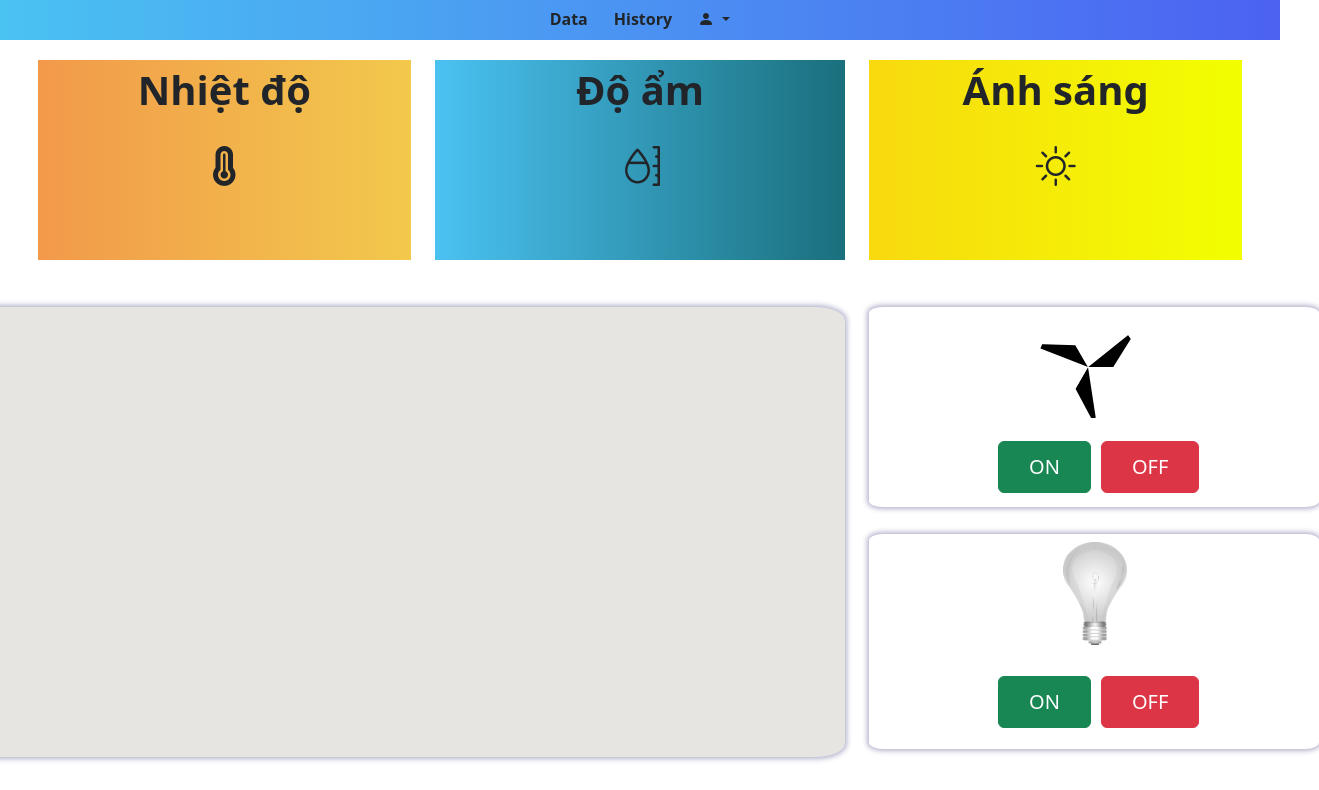
Repository: ndmq03102002/BTL_IOT
Page: Fontend_IOT/iot/index.html
These files come from the project's save history. The page is drawn as it stood at one moment and after the next save; the edit follows.
The browser window is 1280 px wide. The page is 1319 px wide, so the pictures cover 1319 px, including what lies to the right of the window. The pictures show the whole page.
The page's requests for data from a server got no answer. Some web libraries are served in a nearby version.

Above is the page before, as saved 2023-11-01 07:33:42.

### Fontend_IOT/iot/index.html
<!DOCTYPE html>
<html lang="en">
<head>
    <meta charset="UTF-8">
    <meta name="viewport" content="width=device-width, initial-scale=1.0">
    <title>Document</title>
    <link rel="stylesheet" href="style.css">
    <link rel="stylesheet" href="bootstrap/css/bootstrap.css">
    <script src="https://cdnjs.cloudflare.com/ajax/libs/Chart.js/2.9.4/Chart.js"></script>
    <script src="https://kit.fontawesome.com/1be2f108e2.js" crossorigin="anonymous"></script>
    <link rel="stylesheet" href="https://cdn.jsdelivr.net/npm/bootstrap-icons@1.10.5/font/bootstrap-icons.css">
    <link rel="stylesheet" href="https://cdnjs.cloudflare.com/ajax/libs/font-awesome/6.0.0/css/all.min.css" integrity="sha512-9usAa10IRO0HhonpyAIVpjrylPvoDwiPUiKdWk5t3PyolY1cOd4DSE0Ga+ri4AuTroPR5aQvXU9xC6qOPnzFeg==" crossorigin="anonymous" referrerpolicy="no-referrer" />
</head>
<header style="width: 100%; height: 40px; margin :auto;background: linear-gradient(to right, #4ac2f2, #4c62f2)">
    <div class="col-sm-12 data">
        <a href="data.html" class="btn" style="font-weight: bold;">Data</a>
        <a href="history.html" class="btn" style="font-weight: bold;">History</a>
        <div class="btn-group" >
            <a class="btn btn-white dropdown-toggle"  href="#" role="button" data-bs-toggle="dropdown" aria-expanded="false">
                <i class="bi bi-person-fill"></i>
            </a>
            <ul class="dropdown-menu">
                <li><a href="javascript:" class="dropdown-item"><i class="bi bi-person"></i> MSV: B20DCCN567</a></li>
                <li><a href="javascript:" class="dropdown-item"><i class="bi bi-phone"></i> Phone: 0961264306</a></li>
                <li><a href="message.html" class="dropdown-item"><i class="bi bi-envelope"></i> Email: Nguyendinhmanhquynh@gmail.com</a></li>
            </ul>
          </div>
    </div>
</header>
<body>
     <div  style="background-color:white;height:700px; margin-bottom: 50px;">
        <div class="row">
            <div  class="col-sm-4 col-pd"style="padding-left: 50px;" >
                <div class="block1 block-size">
                        <p >Nhiệt độ</p>
                        <p style="display: inline; " class="count1"></p>
                        <span><i class='fa-solid fa-temperature-full'></i></span>
                </div>
            </div>
            <div class="col-sm-4 col-pd">
                <div class="block2 block-size">
                    <p> Độ ẩm</p>
                    <p style="display: inline;" class="count2"></p>
                    <span> <i class="bi bi-moisture"></i></span>
                </div>
            </div>
            <div class="col-sm-4 col-pd" style="padding-right: 50px;">
                <div class="block3 block-size">
                    <p>Ánh sáng</p>
                    <p style="display: inline;" class="count3"></p>
                    <span> <i class="bi bi-brightness-high"></i></span>
                </div>
            </div>
            <div class="col-sm-8" >
                <div class="block" style="height: 450px;width: 970px; float:right;">
                    <canvas id="myChart" style="border-radius: 3%; width:100%;height: 100%;background-color: rgb(231, 229, 226);"></canvas>
                </div>
            </div>
            <div class="col-sm-4 ">
                <div class="block" style=" background-color: white; height: 200px; width: 450px; float: left; display: flex; justify-content: center; align-items: center;">
                    <div class="fan">
                        <div class="blade blade-1"></div>
                        <div class="blade blade-2"></div>
                        <div class="blade blade-3"></div>
                        <div class="stand"></div>
                    </div>
                    <div class="button" style="margin-top:120px; margin-right: 120px;">
                        <button class="btn btn-success onLed1 " style="--bs-btn-padding-y: 10px; --bs-btn-padding-x: 30px; --bs-btn-font-size: 20px; ">ON</button>
                         <button class="btn btn-danger offLed1"  style="--bs-btn-padding-y: 10px; --bs-btn-padding-x: 30px; --bs-btn-font-size: 20px;">OFF</button>
                    </div>
                </div>
                <div class="block" style="background-color: white; margin-bottom: 20px; height: 215px; width: 450px; float: left; display: flex; justify-content: center; align-items: center;">
                    <div class="light" >
                        <img src="image/light_off.png" class="img1"/>
                    </div>
                    <div class="button"  style="margin-top:120px; margin-right: 120px;">
                        <button class="btn btn-success onLed2 "  style="--bs-btn-padding-y: 10px; --bs-btn-padding-x: 30px; --bs-btn-font-size: 20px; ">ON</button>
                         <button class="btn btn-danger offLed2"  style="--bs-btn-padding-y: 10px; --bs-btn-padding-x: 30px; --bs-btn-font-size: 20px;">OFF</button>
                    </div>
                </div>
            </div>
        </div>
    </div>
    <p>
    <script src="https://cdn.jsdelivr.net/npm/axios/dist/axios.min.js"></script>
    <script src="./app.js"></script>
    <script src="jquery.js"></script>
    <script src="popper.min.js"></script>
    <script src="bootstrap/js/bootstrap.min.js"></script>
</body>
</html>

### Fontend_IOT/iot/style.css
html {
  margin: 0;
  padding: 0;
}
.data {
  display: flex;
  justify-content: center;
  align-items: center;
}
.data a:hover{
  color: white;
}

.block {
  width: 100%;
  height: 200px;
  margin-right: 0px;
  margin-bottom: 27px;
  background-color: #9fb4d0;

  box-shadow: 0px 0px 5px 2px rgba(97, 95, 151, 0.47);
  border-radius: 3%;
}
.block1 {
  width: 100%;
  height: 200px;
  margin-right: 0px;
  margin-bottom: 27px;
  background: linear-gradient(to right, #f2994a, #f2c94c);
}
.block2 {
  width: 100%;
  height: 200px;
  margin-right: 0px;
  margin-bottom: 27px;
  background: linear-gradient(to right, #4ac2f2, #1a6f7c);
}
.block3 {
  width: 100%;
  height: 200px;
  margin-right: 0px;
  margin-bottom: 27px;
  background: linear-gradient(to right, #f8d90f, #f2ff00);
}
.block4 {
  width: 100%;
  height: 200px;
  margin-right: 0px;
  margin-bottom: 27px;
  background: linear-gradient(to right, #f8d90f, #f2ff00);
}
.abc {
  margin-bottom: 30px;
}
.col-pd {
  padding: 20px;
}
.block-size {
  font-size: 40px;
  font-weight: bold;
  text-align: center;
}
.fan {
  width: 200px;
  height: 200px;
  position: relative;
}

.blade {
  width: 0;
  height: 0;
  position: absolute;
  top: 10%;
  left: 170%;
  transform-origin: 0 50%;
  background-color: #000000;
  border-radius: 50%;
}

.blade-1 {
  width: 50px;
  height: 80px;
  clip-path: polygon(0 50%, 100% 0, 50% 50%);
  transform: rotate(0deg);
  /* animation: rotateFan1 1s linear infinite; */
}

.blade-2 {
  width: 50px;
  height: 80px;
  clip-path: polygon(0 50%, 100% 0, 50% 50%);
  transform: rotate(120deg);
  /* animation: rotateFan2 1s linear infinite; */
}

.blade-3 {
  width: 50px;
  height: 80px;
  clip-path: polygon(0 50%, 100% 0, 50% 50%);
  transform: rotate(240deg);
  /* animation: rotateFan3 1s linear infinite; */
}

@keyframes rotateFan2 {
  to {
    transform: rotate(480deg);
  }
}
@keyframes rotateFan1 {
  to {
    transform: rotate(360deg);
  }
}
@keyframes rotateFan3 {
  to {
    transform: rotate(600deg);
  }
}
.button {
  display: flex;
  flex-direction: row;
  justify-content: space-between;
}

.button .btn-success {
  margin-right: 10px; /* Thêm khoảng cách bên phải cho nút "ON" */
}
.light {
  width: 200px;
  height: 200px;
}
.light img {
  width: 50%;
  height: auto;
  margin-left: 150%;
}

.warning {
  animation: blinkAnimation 0.2s infinite;
}
@keyframes blinkAnimation {
  0%, 100% {
      background-image: linear-gradient(to right,#410505, #420404);
  }
  50% {
      background-image: linear-gradient(to right,#c0b0b0, #c5b6b6);
  }
}

### Fontend_IOT/iot/app.js
let Listbox = document.querySelectorAll(".block-size");
let box1 = Listbox[0];
let box2 = Listbox[1];
let box3 = Listbox[2];

let countTemp = document.querySelector(".count1").innerText
let countHum = document.querySelector(".count2").innerText
let countLight = document.querySelector(".count3").innerText
let count = 0;

function changeTemp() {
  if (countTemp <= 30) {
    box1.style.background = "linear-gradient(to right, #f8d90f, #f2ff00)";
  } else {
    box1.style.background = "linear-gradient(to right, #ff7f00, #ffcc00";
  }
}
function changeHum() {
  if (countHum <= 30) {
    box2.style.background = "linear-gradient(to right, #4ac2f2, #b3e6fc";
  }
  else {
    box2.style.background = "linear-gradient(to right, #4ac2f2, #1a6f7c)";
  }
}
function changeLight() {
  if (countLight < 100) {
    box3.style.background = "linear-gradient(to right, #f8d90f, #f2ff00)";
  }
  else {
    box3.style.background = "linear-gradient(to right, #f2994a, #f2c94c)";
  }
}

function warning() {
  if (countLight > 800) {
    // Nếu ánh sáng lớn hơn 800, thực hiện các hành động cảnh báo ở đây
    // Ví dụ: thêm class 'warning' vào các phần tử cần cảnh báo
    box1.classList.add('warning');
    box2.classList.add('warning');
    box3.classList.add('warning');
  } else {
    // Nếu ánh sáng nhỏ hơn hoặc bằng 800, xóa class cảnh báo
    box1.classList.remove('warning');
    box2.classList.remove('warning');
    box3.classList.remove('warning');
  }
}

function getData() {
  fetch("http://localhost:8080/all")
    .then(function (response) {
      return response.json();
    })
    .then(function (posts) {
      const temp = [];
      const hum = [];
      const light = [];
      const time =[];
      for(let key of posts){
        temp.push(key.temp)
        hum.push(key.hum)
        light.push(key.light)
        time.push(key.time)
        }
      // hiển thị nhiệt độ
      countTemp = document.querySelector(".count1").innerText =
        temp[temp.length - 1];
      countHum = document.querySelector(".count2").innerText =
        hum[hum.length - 1];
      countLight = document.querySelector(".count3").innerText =
        light[light.length - 1];
        changeTemp();
        changeHum();
        changeLight();
      //hiển thị đồ thị
        new Chart("myChart", {
          type: "line",
          data: {
            labels: time,
            datasets: [
              {
                label: "Temperature",
                data: temp,
                borderColor: "red",
                yAxisID: "temperature-y-axis",
                fill: false,
              },
              {
                label: "Humidity",
                data: hum,
                borderColor: "blue",
                yAxisID: "temperature-y-axis",
                fill: false,
              },
              {
                label: "Light",
                data: light,
                borderColor: "yellow",
                yAxisID: "light-y-axis",
                fill: false,
              },
            ],
          },
          options: {
            legend: { display: true },
            scales: {
              yAxes: [
                {
                  id: "temperature-y-axis", // Đặt ID cho trục tung nhiệt độ
                  position: "left",
                  ticks: {
                    min: 0, // Giá trị tối thiểu trên trục tung nhiệt độ
                    max: 100, // Giá trị tối đa trên trục tung nhiệt độ
                    stepSize: 10, // Bước giữa các giá trị
                  },
                  scaleLabel: {
                    display: true,
                    labelString: "Temperature (°C)",
                  },
                },
                {
                  id: "light-y-axis", // Đặt ID cho trục tung ánh sáng
                  position: "right",
                  ticks: {
                    min: 0, // Giá trị tối thiểu trên trục tung ánh sáng
                    max: 1200, // Giá trị tối đa trên trục tung ánh sáng
                    stepSize: 100, // Bước giữa các giá trị
                  },
                  scaleLabel: {
                    display: true,
                    labelString: "Light (lux)",
                  },
                },
              ],
            },
          },
        });
    })
    .catch(function (err) {
      console.log(err);
    });
}
setInterval(getData,5000)
function OnFan() {
  const blade1 = (document.querySelector(".blade-1").style.animation =
    "rotateFan1 1s linear infinite");
  const blade2 = (document.querySelector(".blade-2").style.animation =
    "rotateFan2 1s linear infinite");
  const blade3 = (document.querySelector(".blade-3").style.animation =
    "rotateFan3 1s linear infinite");
}
function OffFan() {
  const blade1 = document
    .querySelector(".blade-1")
    .style.removeProperty("animation");
  const blade2 = document
    .querySelector(".blade-2")
    .style.removeProperty("animation");
  const blade3 = document
    .querySelector(".blade-3")
    .style.removeProperty("animation");
}
function OnLight() {
  let img = document.querySelector('.img1');
  img.src = 'image/light_on.png';
}
function OffLight() {
  let img = document.querySelector('.img1');
  img.src = 'image/light_off.png';
}


function controlLed(ledCommand, onCallback, offCallback) {
  const postData = `Control/led,${ledCommand}`;

  const requestOptions = {
      method: "POST",
      headers: {
          "Content-Type": "application/text"
      },
      body: JSON.stringify(postData)
  };

  fetch("http://localhost:8080/led", requestOptions)
      .then(data => {
          if (ledCommand.startsWith("on")) {
              onCallback();
          } else {
              offCallback();
          }
      })
      .catch(error => {
          console.error("Lỗi: ", error);
      });
}

document.querySelector(".onLed1").addEventListener("click", function() {
  controlLed("onled1", OnFan, OffFan);
});

document.querySelector(".offLed1").addEventListener("click", function() {
  controlLed("offled1", OnFan, OffFan);
});

document.querySelector(".onLed2").addEventListener("click", function() {
  controlLed("onled2", OnLight, OffLight);
});

document.querySelector(".offLed2").addEventListener("click", function() {
  controlLed("offled2", OnLight, OffLight);
});

Loaded but not shown: Fontend_IOT/iot/bootstrap/css/bootstrap.css (library); Fontend_IOT/iot/jquery.js (library); Fontend_IOT/iot/popper.min.js (library); Fontend_IOT/iot/bootstrap/js/bootstrap.min.js (library)

After the next save:
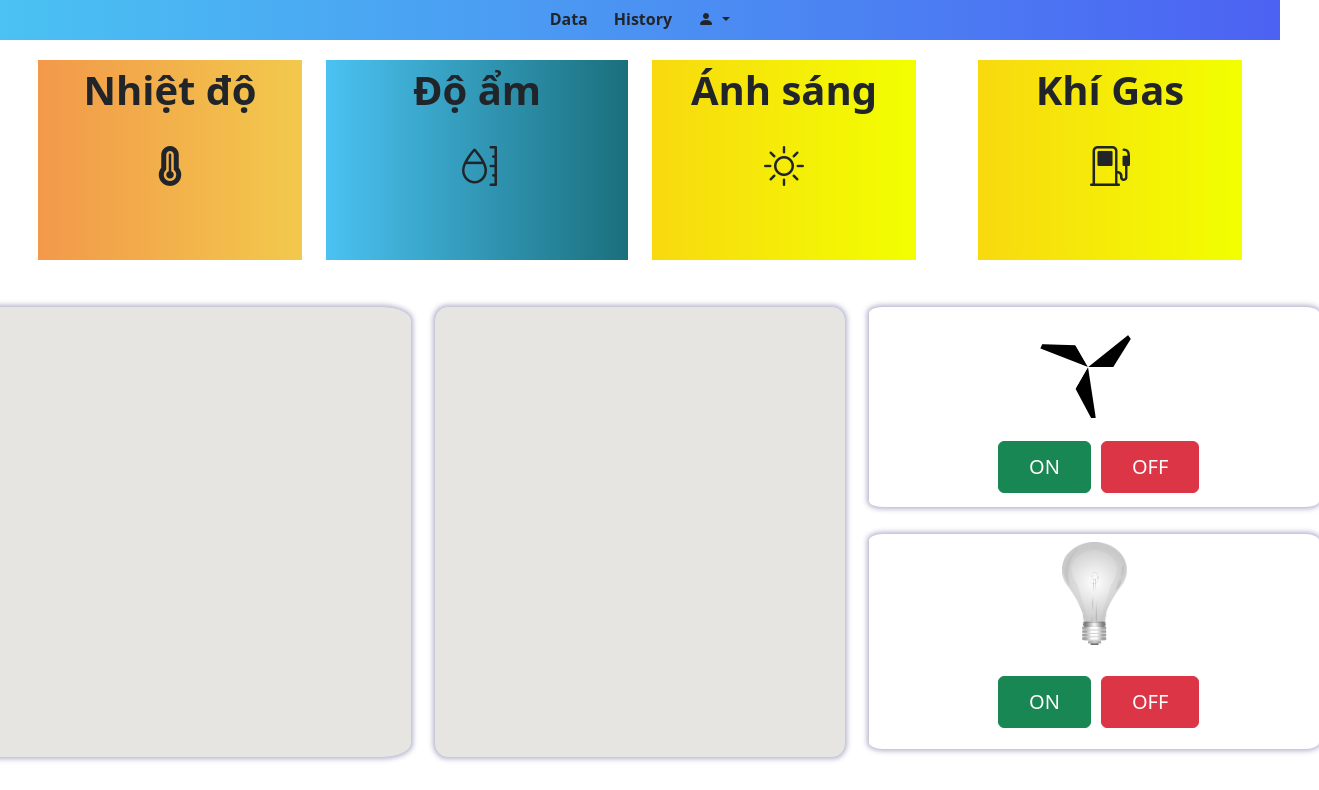
Saved 35 min 22 s later.
--- a/Fontend_IOT/iot/index.html
+++ b/Fontend_IOT/iot/index.html
@@ -30,30 +30,42 @@
 <body>
      <div  style="background-color:white;height:700px; margin-bottom: 50px;">
         <div class="row">
-            <div  class="col-sm-4 col-pd"style="padding-left: 50px;" >
+            <div  class="col-sm-3 col-pd"style="padding-left: 50px;" >
                 <div class="block1 block-size">
                         <p >Nhiệt độ</p>
                         <p style="display: inline; " class="count1"></p>
                         <span><i class='fa-solid fa-temperature-full'></i></span>
                 </div>
             </div>
-            <div class="col-sm-4 col-pd">
+            <div class="col-sm-3 col-pd">
                 <div class="block2 block-size">
                     <p> Độ ẩm</p>
                     <p style="display: inline;" class="count2"></p>
                     <span> <i class="bi bi-moisture"></i></span>
                 </div>
             </div>
-            <div class="col-sm-4 col-pd" style="padding-right: 50px;">
+            <div class="col-sm-3 col-pd" style="padding-right: 50px;">
                 <div class="block3 block-size">
                     <p>Ánh sáng</p>
                     <p style="display: inline;" class="count3"></p>
                     <span> <i class="bi bi-brightness-high"></i></span>
                 </div>
             </div>
-            <div class="col-sm-8" >
+            <div class="col-sm-3 col-pd" style="padding-right: 50px;">
+                <div class="block4 block-size">
+                    <p>Khí Gas</p>
+                    <p style="display: inline;" class="count4"></p>
+                    <span> <i class="bi bi-fuel-pump"></i></span>
+                </div>
+            </div>
+            <div class="col-sm-4" >
                 <div class="block" style="height: 450px;width: 970px; float:right;">
                     <canvas id="myChart" style="border-radius: 3%; width:100%;height: 100%;background-color: rgb(231, 229, 226);"></canvas>
+                </div>
+            </div>
+            <div class="col-sm-4" >
+                <div class="block" style="height: 450px;width: auto; float:right;">
+                    <canvas id="myChart2" style="border-radius: 3%; width:100%;height: 100%;background-color: rgb(231, 229, 226);"></canvas>
                 </div>
             </div>
             <div class="col-sm-4 ">
@@ -82,6 +94,7 @@
         </div>
     </div>
     <p>
+
     <script src="https://cdn.jsdelivr.net/npm/axios/dist/axios.min.js"></script>
     <script src="./app.js"></script>
     <script src="jquery.js"></script>
